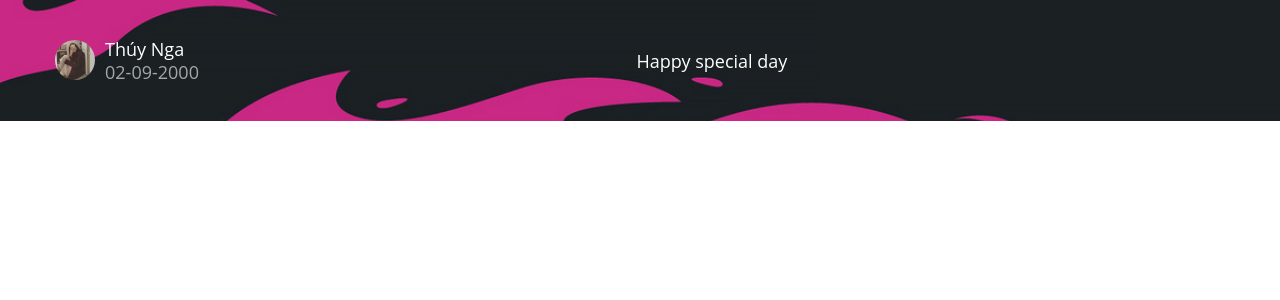
Repository: Datt21/p-happyB
Page: index.html
These files come from the project's save history. The page is drawn as it stood at one moment and after the next save; the edit follows.
The browser window is 1280 px wide. The pictures show the whole page.
Some icons come from a web library that is not loaded, so they are not drawn.

Above is the page before, as saved 2021-08-31 04:38:26.

After the next save:
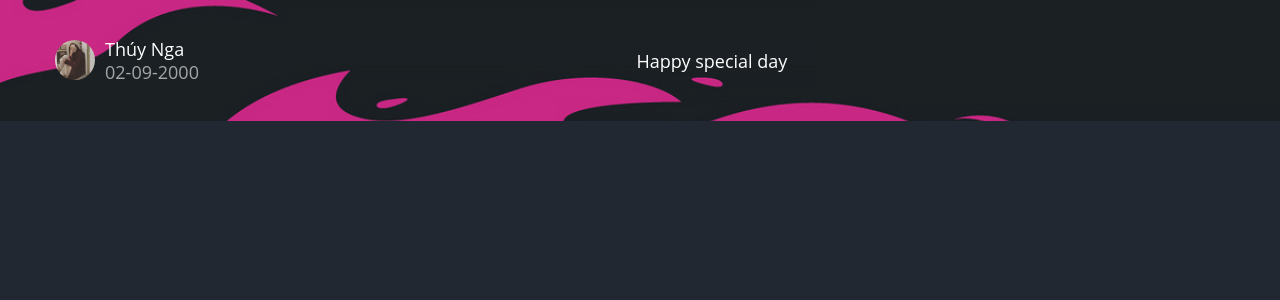
Saved 20 s later.
--- a/app.css
+++ b/app.css
@@ -31,7 +31,7 @@ body {
     font-size: 18px;
     line-height: 1;
     color: white;
-    /* background-color: #222831; */
+    background-color: #222831;
     overflow-x: hidden;
 }
 
